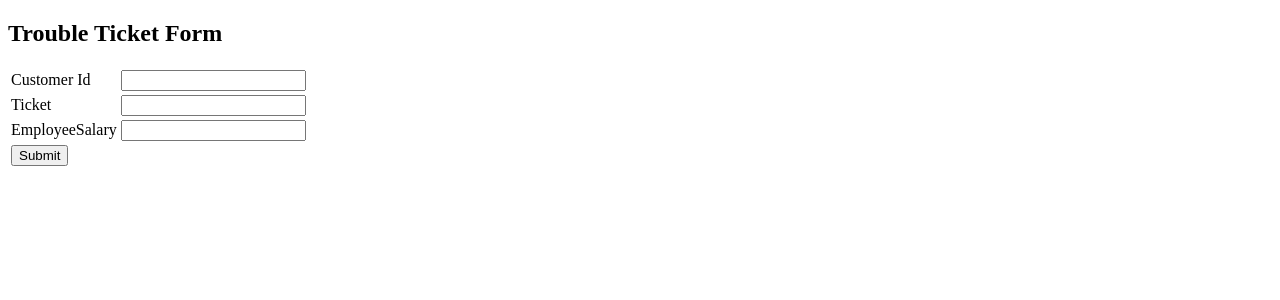
Repository: ApoorvaVeluri/JavaProject
Page: http://localhost/userinterface/ProjIndex.jsp
The author's editor kept a copy of each file at every save. The page is drawn from the files as they stood at one save, then again after the next save.
The browser window is 1280 px wide. The pictures show the whole page.
The page is served by Tomcat 9. Other server files are loaded and not shown.

Above is the page before, as saved 2015-08-20 10:06:32.

### html/userinterface/WebContent/ProjIndex.jsp
<%@ page language="java" contentType="text/html; charset=ISO-8859-1"
    pageEncoding="ISO-8859-1"%>
<!DOCTYPE html PUBLIC "-//W3C//DTD HTML 4.01 Transitional//EN" "http://www.w3.org/TR/html4/loose.dtd">
<html>
<head>
<meta http-equiv="Content-Type" content="text/html; charset=ISO-8859-1">
<title>Insert title here</title>
</head>
<body>
<h2>Trouble Ticket Form</h2>
        <form method="POST" action="Details.html" >
            <table>
                <tr>
                    <td>Customer Id</td>
                    <td><input type="text" name="customerid" /></td>
                </tr>
                <tr>
                    <td>Ticket</td>
                    <td><input type="text" name="empname" /></td>
                </tr>
                <tr>
                    <td>EmployeeSalary</td>
                    <td><input type="text" name="Salary" /></td>
                </tr>
                <tr>
                    <td colspan="2">
                        <input type="submit" value="Submit"/>
                    </td>
                </tr>
            </table>
        </form>
</body>
</html>

After the next save:
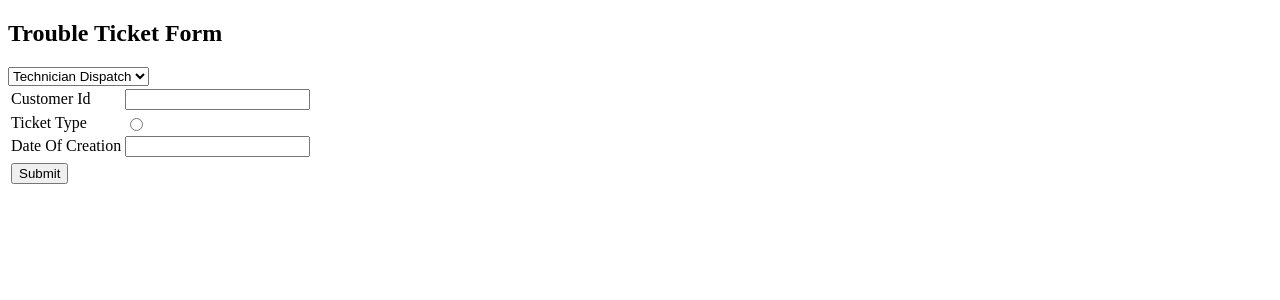
Saved 29 min 17 s later.
--- a/html/userinterface/WebContent/ProjIndex.jsp
+++ b/html/userinterface/WebContent/ProjIndex.jsp
@@ -1,5 +1,5 @@
 <%@ page language="java" contentType="text/html; charset=ISO-8859-1"
-    pageEncoding="ISO-8859-1"%>
+	pageEncoding="ISO-8859-1"%>
 <!DOCTYPE html PUBLIC "-//W3C//DTD HTML 4.01 Transitional//EN" "http://www.w3.org/TR/html4/loose.dtd">
 <html>
 <head>
@@ -7,27 +7,38 @@
 <title>Insert title here</title>
 </head>
 <body>
-<h2>Trouble Ticket Form</h2>
-        <form method="POST" action="Details.html" >
-            <table>
-                <tr>
-                    <td>Customer Id</td>
-                    <td><input type="text" name="customerid" /></td>
-                </tr>
-                <tr>
-                    <td>Ticket</td>
-                    <td><input type="text" name="empname" /></td>
-                </tr>
-                <tr>
-                    <td>EmployeeSalary</td>
-                    <td><input type="text" name="Salary" /></td>
-                </tr>
-                <tr>
-                    <td colspan="2">
-                        <input type="submit" value="Submit"/>
-                    </td>
-                </tr>
-            </table>
-        </form>
+	<h2>Trouble Ticket Form</h2>
+	<form method="POST" action="Details.html">
+		<table>
+			<tr>
+				<td>Customer Id</td>
+				<td><input type="text" name="customerid" /></td>
+			</tr>
+			<tr>
+				<td>Ticket Type</td>
+				<td><input type="radio" name="index"value="ticket_type" /></td>
+
+			</tr>
+
+			<tr>
+				<td>Date Of Creation</td>
+				<td><input type="text" name="Date" /></td>
+			</tr>
+			<tr>
+
+				<select name="Disposition Id">
+					<option value="Technician Dispatch">Technician Dispatch</option>
+					<option value="Device Dispatch">Device Dispatch</option>
+					<option value="Not Applocable">Not Applocable</option>
+
+				</select>
+
+
+			</tr>
+			<tr>
+				<td colspan="2"><input type="submit" value="Submit" /></td>
+			</tr>
+		</table>
+	</form>
 </body>
 </html>
